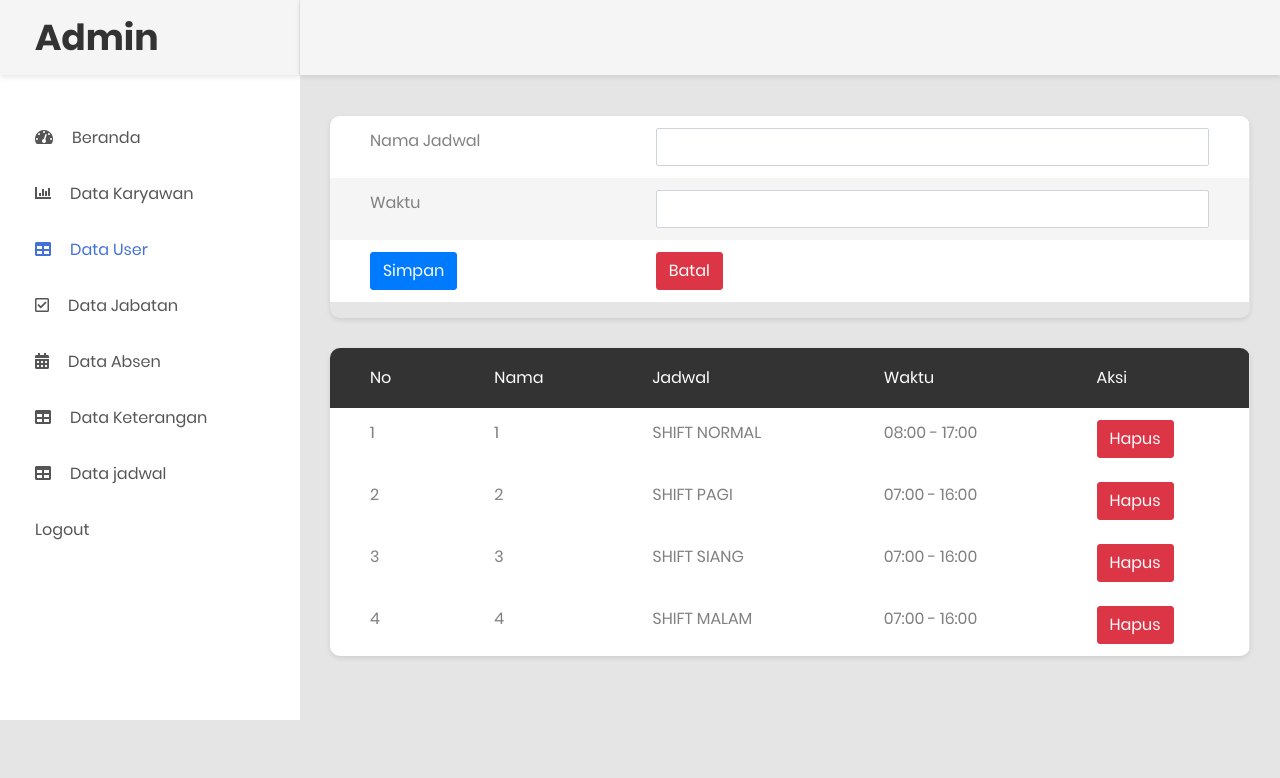
Repository: naldi23bob/Absen2
Page: http://localhost/datajadwal.php
The author's editor kept a copy of each file at every save. The page is drawn from the files as they stood at one save, then again after the next save.
The browser window is 1280 px wide. The pictures show the whole page.
The page is run by PHP 8.4 with error messages shown; the project is at /var/www/html/. The session is filled in as if someone had signed in: {"idsi": 2, "namasi": "admin", "ttlsi": 1, "jenkelsi": 1, "agamasi": 1, "alamatsi": 1, "teleponsi": 1, "jabatansi": 1, "schedulesi": 1, "fotosi": 1, "username": "admin"}. The database holds what the project's SQL file puts in it.

Above is the page before, as saved 2023-07-23 15:05:09.

After the next save:
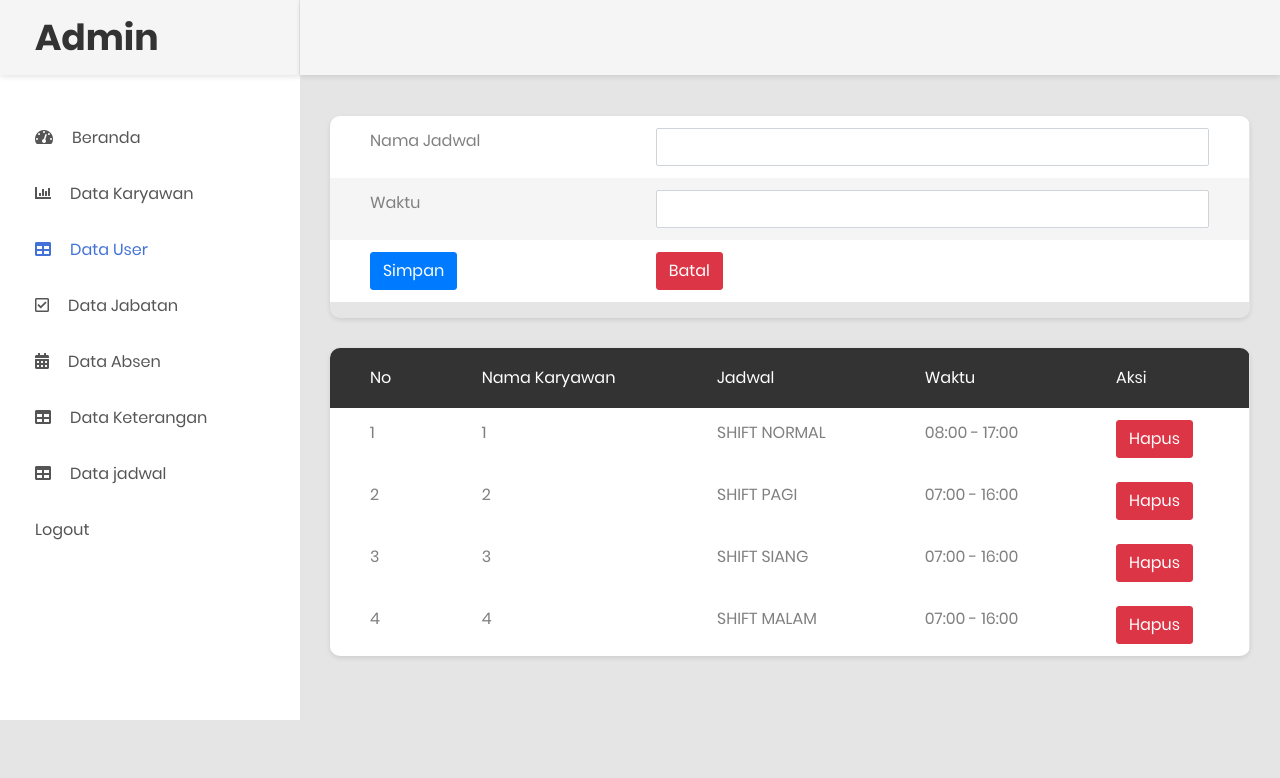
Saved 9 min 31 s later.
--- a/datajadwal.php
+++ b/datajadwal.php
@@ -237,7 +237,7 @@ error_reporting(0);
                                         <thead>
                                             <tr>
                                                 <th>No</th>
-                                                <th>Nama</th>
+                                                <th>Nama Karyawan</th>
                                                 <th>Jadwal</th>
                                                 <th>Waktu</th>
                                                 <th>Aksi</th>
